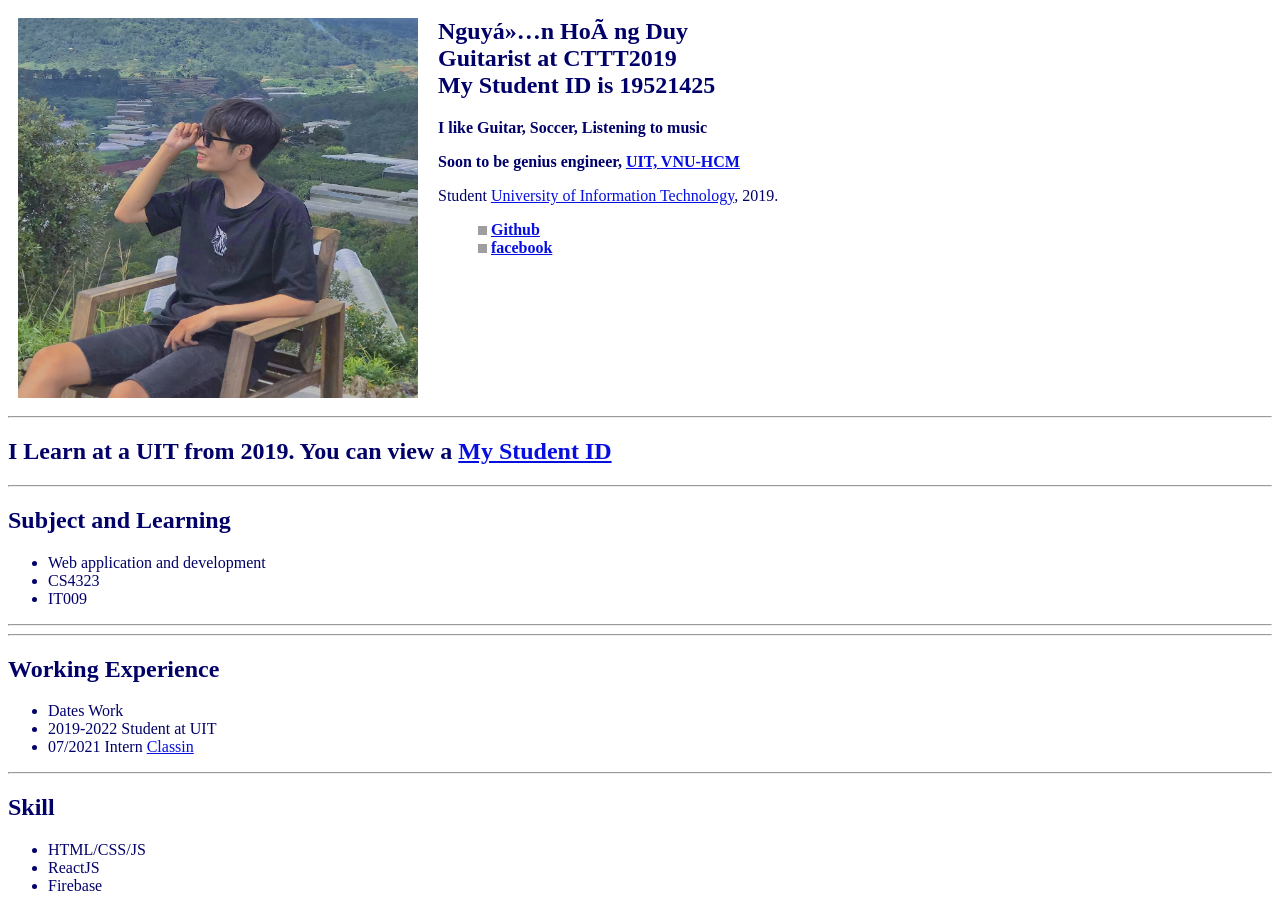
Repository: HoangDuy315/web-dev2022
Page: ex2.html
An editor plug-in stored every save of this project. The page is shown before and after the next save, followed by the edit.
The browser window is 1280 px wide. The pictures show the whole page.
Pictures or frames that could not be fetched are drawn as grey boxes.

Above is the page before, as saved 2022-09-22 15:11:28.

After the next save:
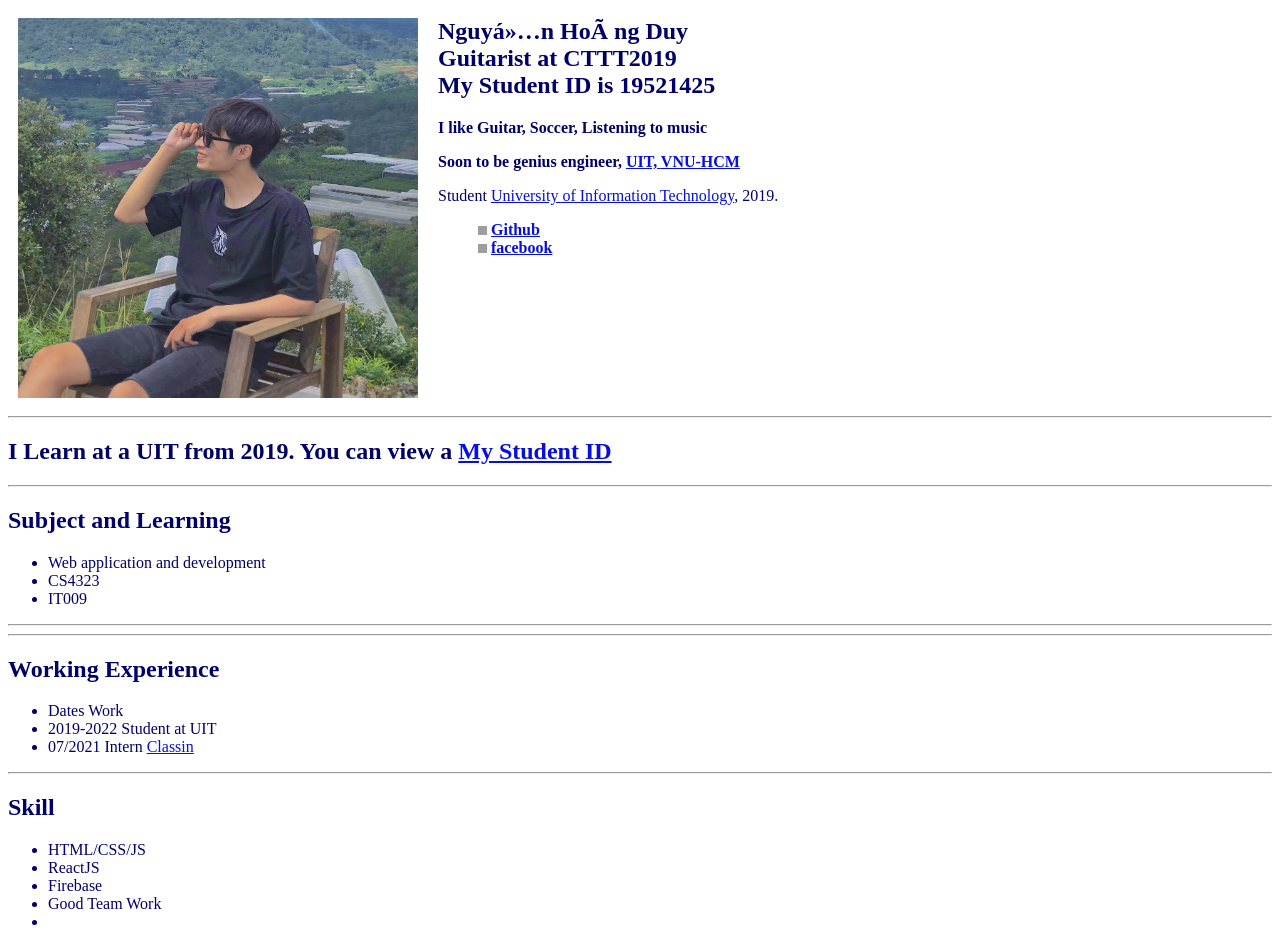
Saved 34 s later.
--- a/ex2.html
+++ b/ex2.html
@@ -81,6 +81,8 @@ Student <a href="https://www.uit.edu.vn/">University of Information Technology</
         <li>HTML/CSS/JS</li>
         <li>ReactJS</li>
         <li>Firebase</li>
+        <li>Good Team Work</li>
+        <li></li>
     </ul>
 </hr>
 
